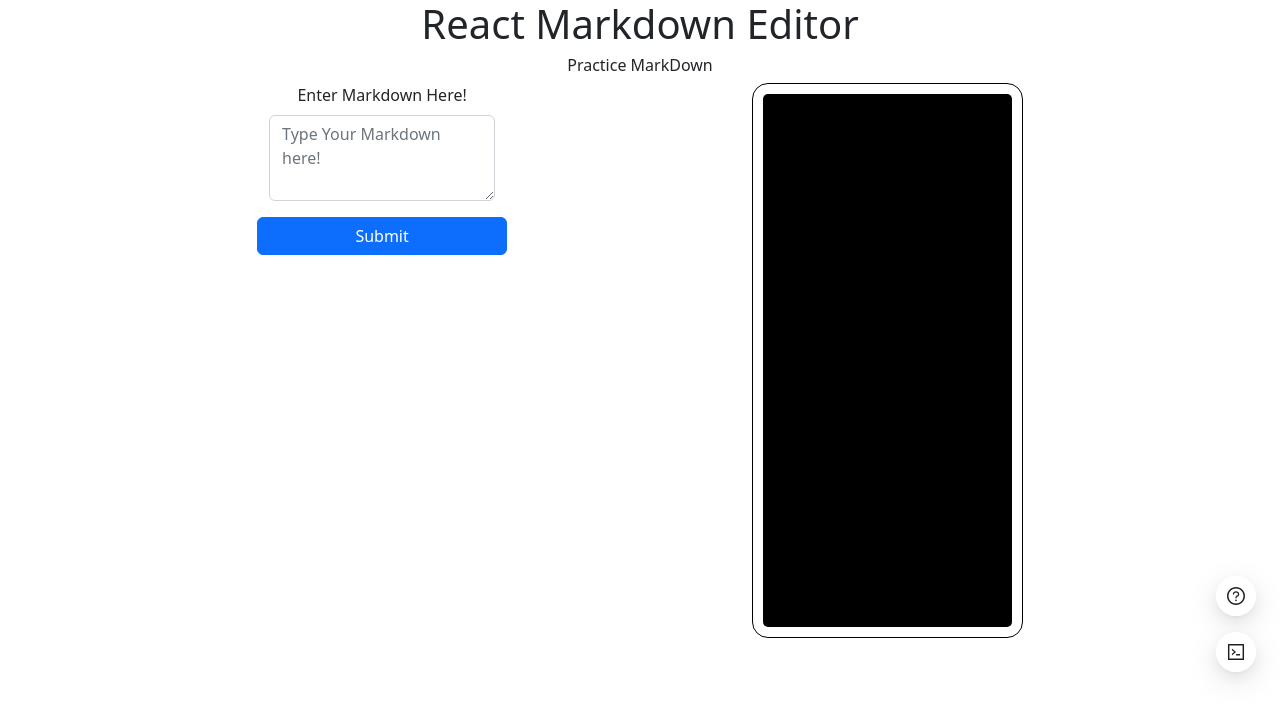
Repository: devkthines/md-editor
Page: /
These files come from the project's save history. The page is drawn as it stood at one moment and after the next save; the edit follows.
The browser window is 1280 px wide. The pictures show the whole page.
The project was rebuilt for these pictures with package versions that can differ from the ones it lists, and the page was loaded fresh each time. Also part of the build but not shown: src/pages/preview.js, src/components/navbar.js, src/pages/home.js.

Above is the page before, as saved 2023-12-06 21:40:41.

After the next save:
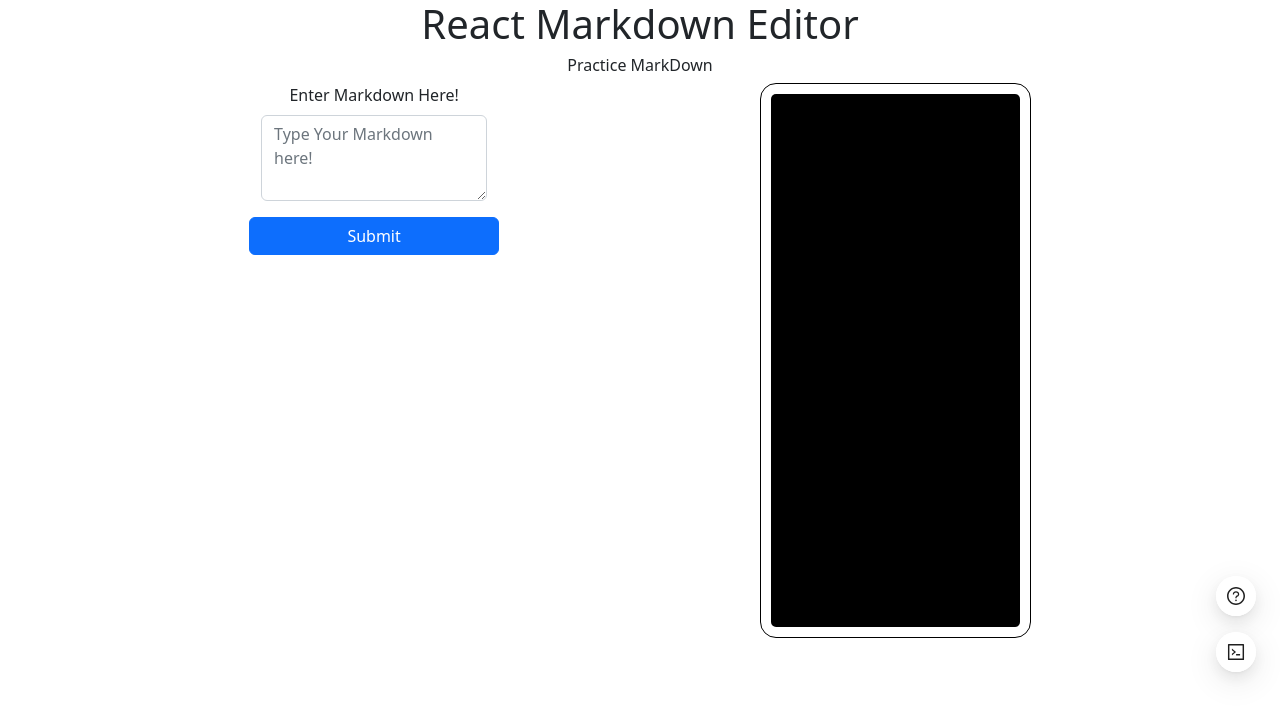
Saved 6 s later.
--- a/src/pages/editor.js
+++ b/src/pages/editor.js
@@ -91,7 +91,7 @@ export default function Editor() {
                 </Row>
             </Form>
             <Row>
-            <div id="mdEdView" dangerouslySetInnerHTML={{ __html: marked.parse(preview) }}></div>
+            <Col></Col><div id="mdEdView" dangerouslySetInnerHTML={{ __html: marked.parse(preview) }}></div>
             </Row>
        </div>
        </div>
